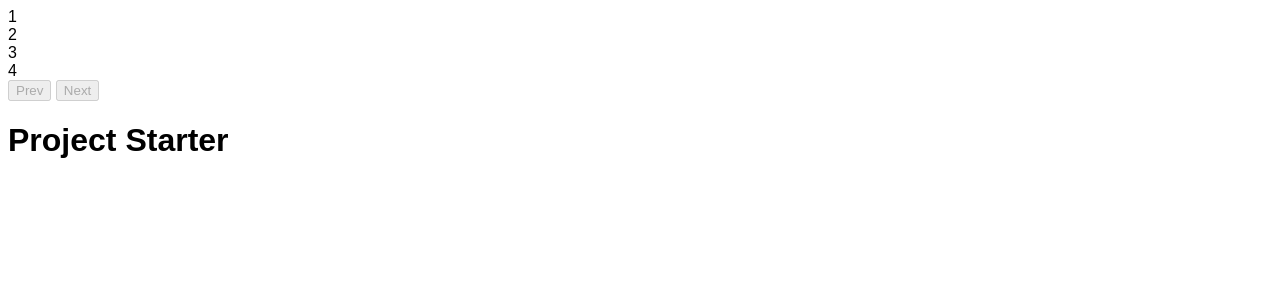
Repository: Williamlmachado/Progress-steps
Page: index.html
These files come from the project's save history. The page is drawn as it stood at one moment and after the next save; the edit follows.
The browser window is 1280 px wide. The pictures show the whole page.
Some web fonts or font styles are not loaded; a fallback is used.

Above is the page before, as saved 2021-08-11 09:27:09.

### index.html
<!DOCTYPE html>
<html lang="en">
    <head>
        <meta charset="UTF-8">
        <meta name="viewport" content="width=device=width, initial-scale=1.0"/>
        <link rel="stylesheet" href="style.css"/>
        <title>Progress Steps</title>
    </head>
    <body>
        <div class="container">
            <div class="progress-container">
                <div class="progress" id="progress"></div>
                <div class="circle active">1</div>
                <div class="circle">2</div>
                <div class="circle">3</div>
                <div class="circle">4</div>
            </div>
            <button class="btn" id="prev" disabled>Prev</button>
            <button class="btn" id="prev" disabled>Next</button>
        </div>
        <h1>Project Starter</h1>
        <script src="script.js"></script>
    </body>
</html>

### style.css
@import url('https://font.googleapis.com/css?family=Muli&display=swap');

*{
    box-sizing: border-box;
}
body{
    background-color: #;
    font-family: 'Muli',sans-serif;

}

Loaded but not shown: script.js (no copy from this time; the picture is the same without it)

After the next save:
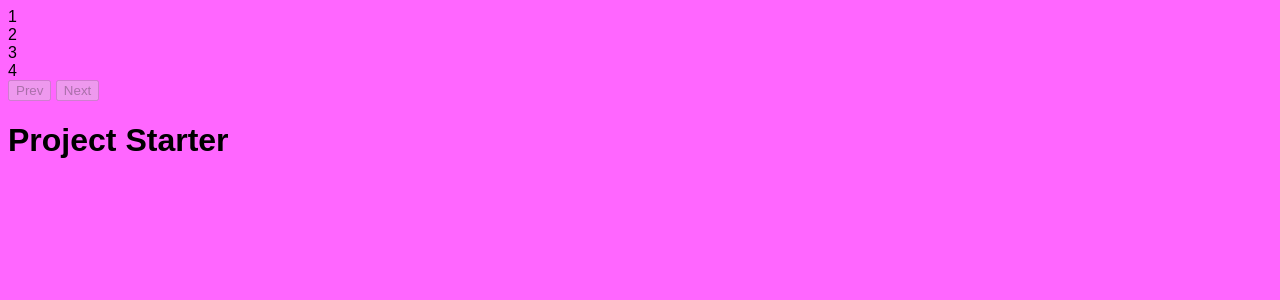
Saved 4 s later.
--- a/style.css
+++ b/style.css
@@ -4,7 +4,7 @@
     box-sizing: border-box;
 }
 body{
-    background-color: #;
+    background-color: #f6f;
     font-family: 'Muli',sans-serif;
 
 }

After the save that followed:
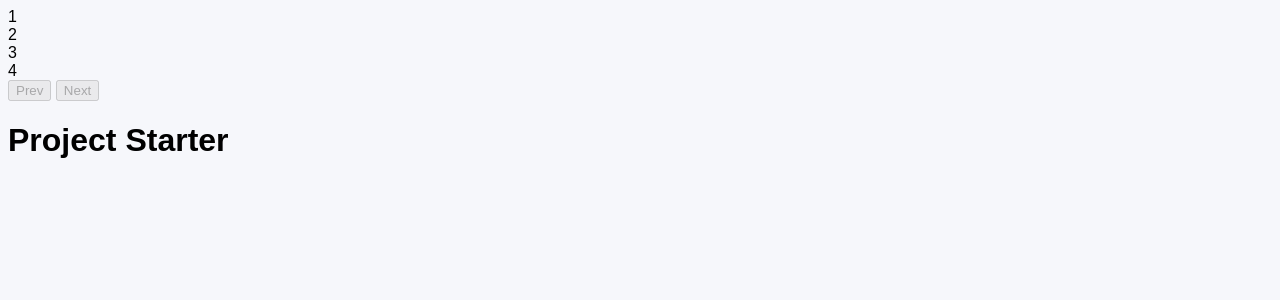
Saved 5 s later.
--- a/style.css
+++ b/style.css
@@ -4,7 +4,8 @@
     box-sizing: border-box;
 }
 body{
-    background-color: #f6f;
+    background-color: #f6f7fb;
     font-family: 'Muli',sans-serif;
 
+
 }
